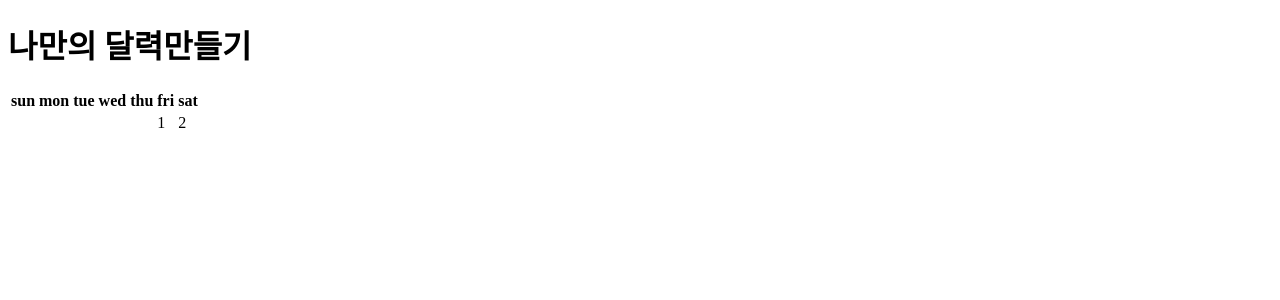
Repository: rong9835/spc2026
Page: homework/calendar.html
The author's editor kept a copy of each file at every save. The page is drawn from the files as they stood at one save, then again after the next save.
The browser window is 1280 px wide. The pictures show the whole page.

Above is the page before, as saved 2026-04-22 22:40:32.

### homework/calendar.html
<!DOCTYPE html>
<html lang="en">
  <head>
    <meta charset="UTF-8" />
    <meta name="viewport" content="width=device-width, initial-scale=1.0" />
    <title>Document</title>
  </head>
  <body>
    <h1>나만의 달력만들기</h1>
    <table>
      <tr>
        <th>sun</th>
        <th>mon</th>
        <th>tue</th>
        <th>wed</th>
        <th>thu</th>
        <th>fri</th>
        <th>sat</th>
      </tr>
      <tr>
        <td></td>
        <td></td>
        <td></td>
        <td></td>
        <td></td>
        <td>1</td>
        <td>2</td>
      </tr>
      <tr>
        <td></td>
        <td></td>
        <td></td>
        <td></td>
        <td></td>
        <td></td>
        <td></td>
      </tr>
      <tr>
        <td></td>
        <td></td>
        <td></td>
        <td></td>
        <td></td>
        <td></td>
        <td></td>
      </tr>
      <tr>
        <td></td>
        <td></td>
        <td></td>
        <td></td>
        <td></td>
        <td></td>
        <td></td>
      </tr>
      <tr>
        <td></td>
        <td></td>
        <td></td>
        <td></td>
        <td></td>
        <td></td>
        <td></td>
      </tr>
    </table>
  </body>
</html>

After the next save:
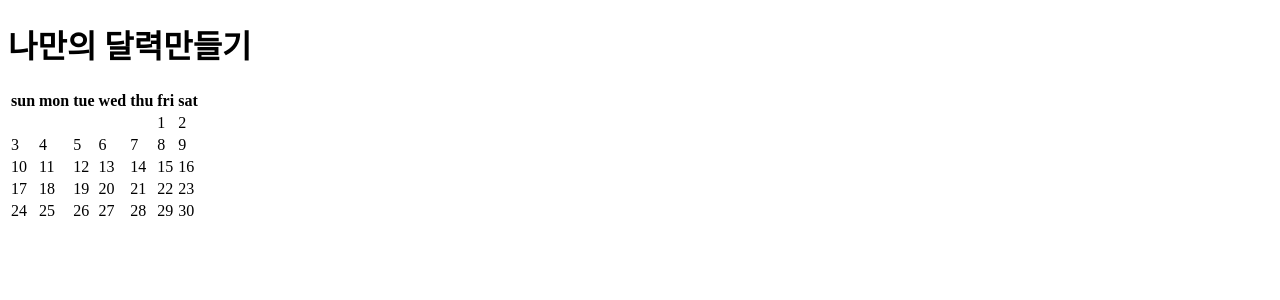
Saved 54 s later.
--- a/homework/calendar.html
+++ b/homework/calendar.html
@@ -27,40 +27,40 @@
         <td>2</td>
       </tr>
       <tr>
-        <td></td>
-        <td></td>
-        <td></td>
-        <td></td>
-        <td></td>
-        <td></td>
-        <td></td>
+        <td>3</td>
+        <td>4</td>
+        <td>5</td>
+        <td>6</td>
+        <td>7</td>
+        <td>8</td>
+        <td>9</td>
       </tr>
       <tr>
-        <td></td>
-        <td></td>
-        <td></td>
-        <td></td>
-        <td></td>
-        <td></td>
-        <td></td>
+        <td>10</td>
+        <td>11</td>
+        <td>12</td>
+        <td>13</td>
+        <td>14</td>
+        <td>15</td>
+        <td>16</td>
       </tr>
       <tr>
-        <td></td>
-        <td></td>
-        <td></td>
-        <td></td>
-        <td></td>
-        <td></td>
-        <td></td>
+        <td>17</td>
+        <td>18</td>
+        <td>19</td>
+        <td>20</td>
+        <td>21</td>
+        <td>22</td>
+        <td>23</td>
       </tr>
       <tr>
-        <td></td>
-        <td></td>
-        <td></td>
-        <td></td>
-        <td></td>
-        <td></td>
-        <td></td>
+        <td>24</td>
+        <td>25</td>
+        <td>26</td>
+        <td>27</td>
+        <td>28</td>
+        <td>29</td>
+        <td>30</td>
       </tr>
     </table>
   </body>
